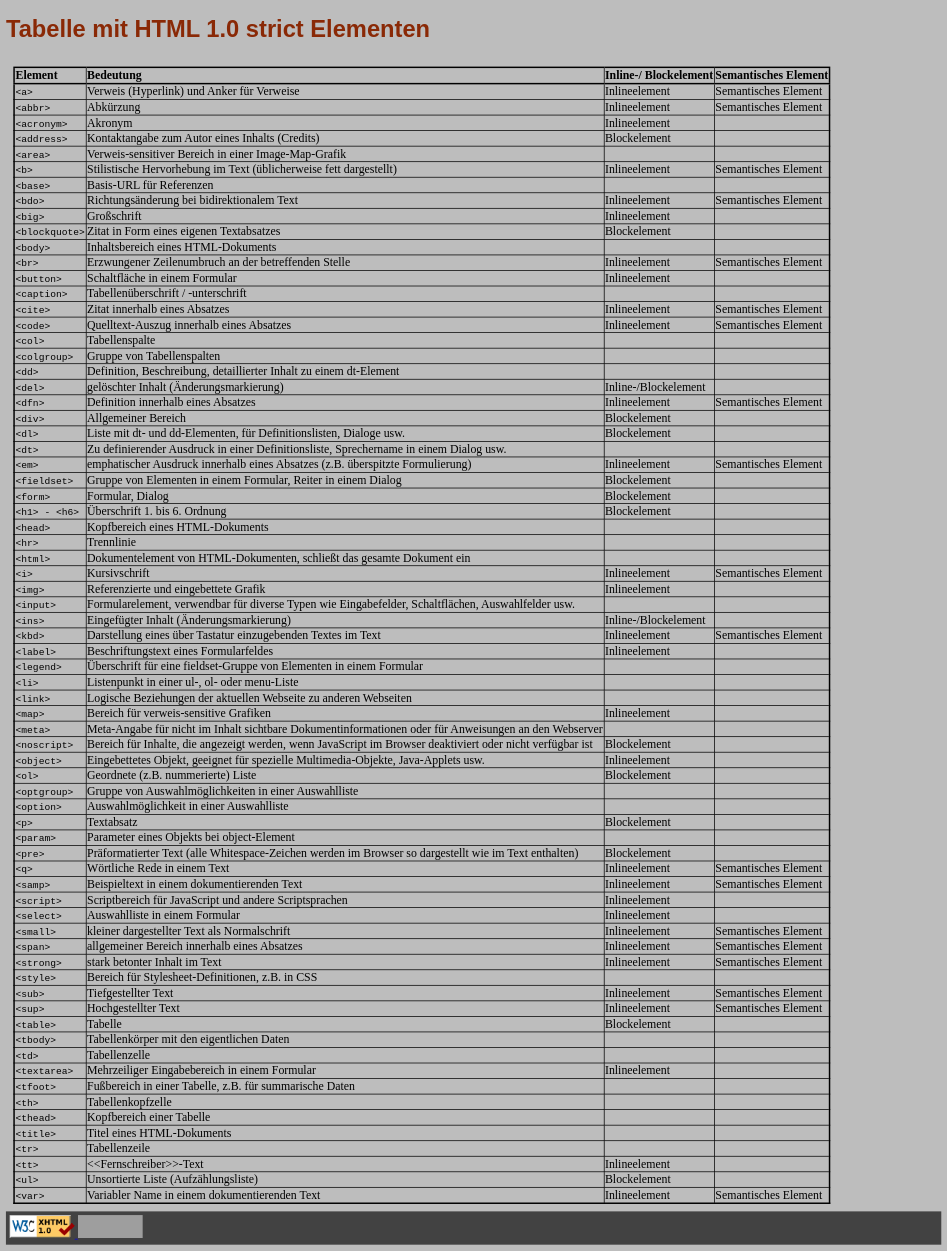
Repository: pLurchi/MyWebengineeringRepo
Page: RemoteSystemsTempFiles/HA-Kapitel06/WebContent/index.html
The author's editor kept a copy of each file at every save. The page is drawn from the files as they stood at one save, then again after the next save.
The browser window is 1280 px wide. The pictures show the whole page, at 74% of full size.
Pictures or frames that could not be fetched are drawn as grey boxes.

Above is the page before, as saved 2013-11-30 10:42:32.

After the next save:
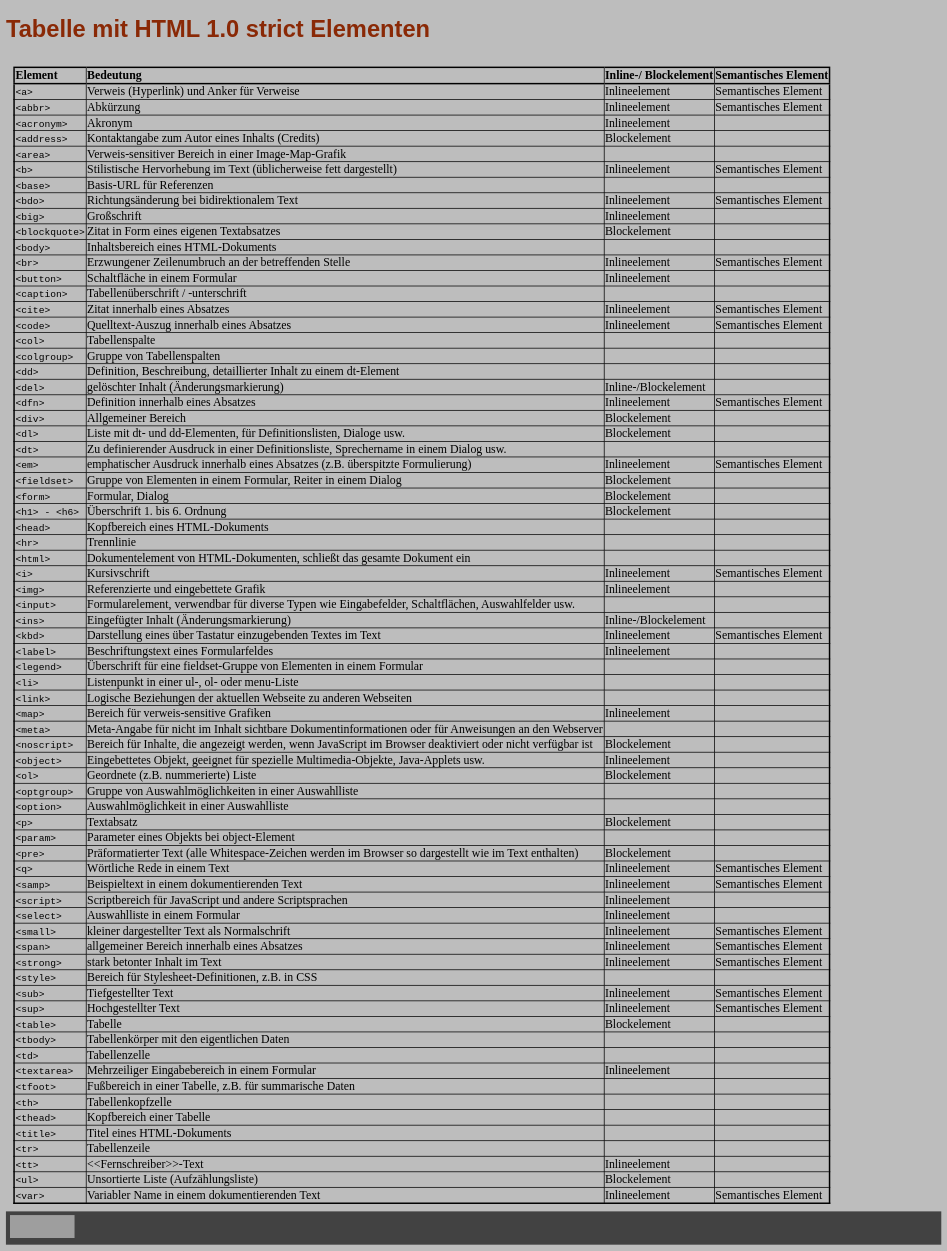
Saved 2 min 25 s later.
--- a/RemoteSystemsTempFiles/HA-Kapitel06/WebContent/index.html
+++ b/RemoteSystemsTempFiles/HA-Kapitel06/WebContent/index.html
@@ -466,9 +466,9 @@
 </div>
 
 <div id="footerdiv">
-	<a href="http://validator.w3.org/check?uri=http%3A%2F%2Fjorisnovak1.cloudcontrolled.com%2FHA-Kapitel06%2FWebContent%2Findex.html&charset=%28detect+automatically%29&doctype=Inline&group=0">
+	<!-- <a href="http://validator.w3.org/check?uri=http%3A%2F%2Fjorisnovak1.cloudcontrolled.com%2FHA-Kapitel06%2FWebContent%2Findex.html&charset=%28detect+automatically%29&doctype=Inline&group=0">
 		<img src="Pic/valid-xhtml10.png" />
-	</a>
+	</a> -->
 	<a href="http://jigsaw.w3.org/css-validator/check/referer">
     	<img style="border:0;width:88px;height:31px"
         	src="http://jigsaw.w3.org/css-validator/images/vcss-blue"
